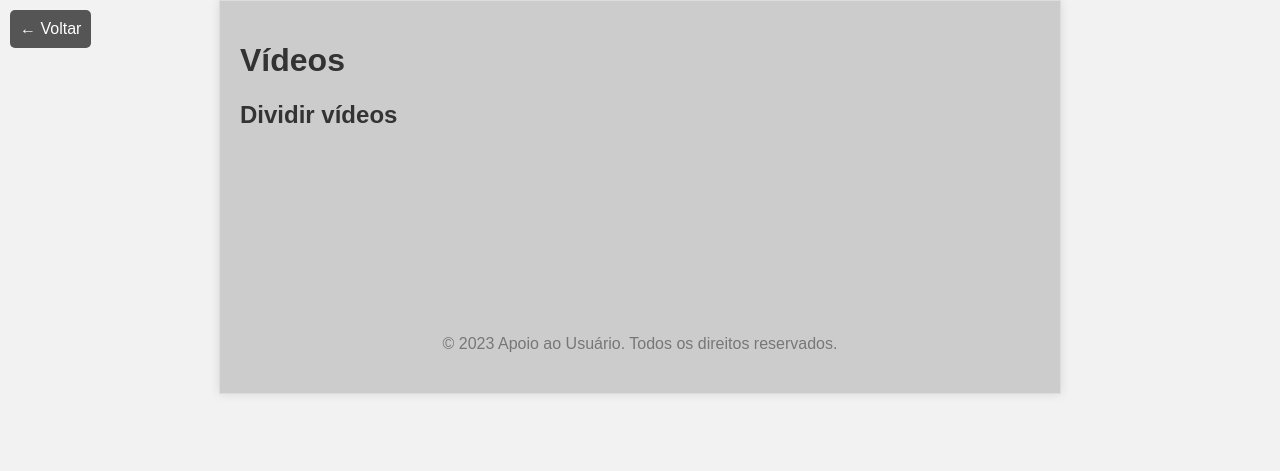
Repository: I4guito/dicasdez
Page: Dicas site/Dicas/sobrevideos.html
The author's editor kept a copy of each file at every save. The page is drawn from the files as they stood at one save, then again after the next save.
The browser window is 1280 px wide. The pictures show the whole page.

Above is the page before, as saved 2023-12-07 15:32:26.

After the next save:
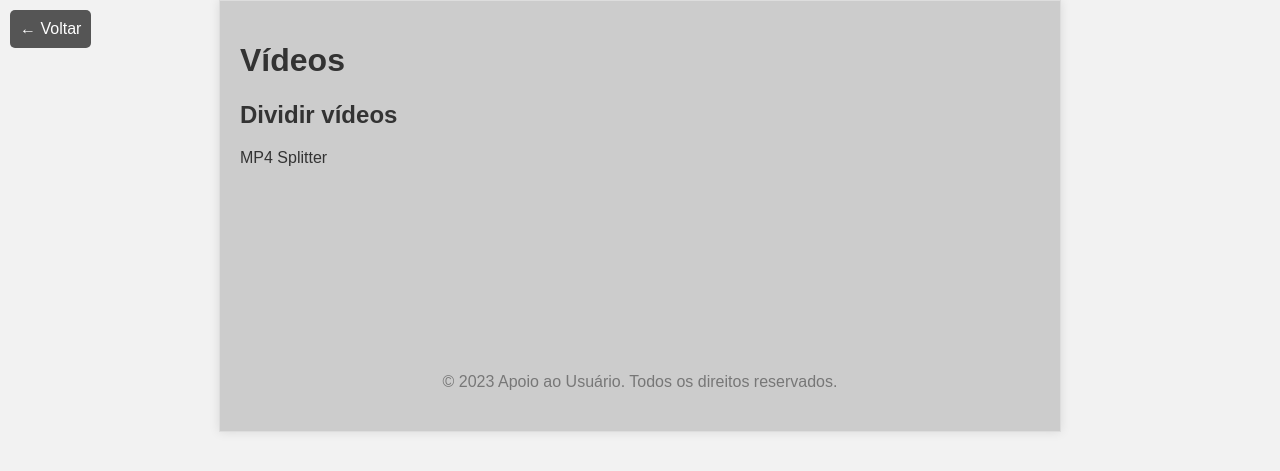
Saved 24 s later.
--- a/Dicas site/Dicas/sobrevideos.html
+++ b/Dicas site/Dicas/sobrevideos.html
@@ -16,7 +16,9 @@
         <section>
             <h2>Dividir vídeos  </h2>
             <ul>
-                <li></li>
+                <li>MP4 Splitter
+                    <blockquote></blockquote>
+                </li>
                 <li></li>
             </ul>
         </section><br>
